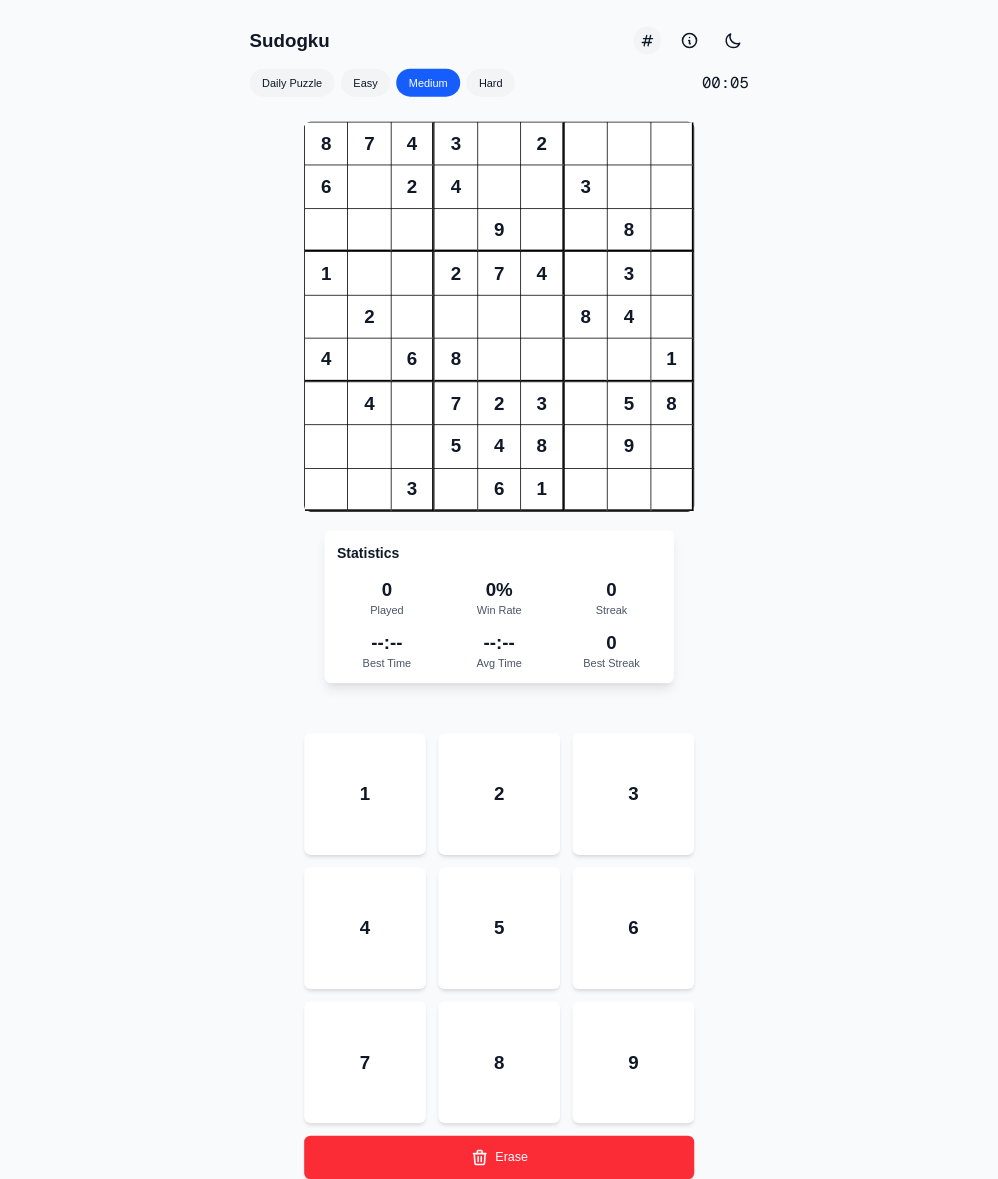
Repository: JavierSilvaF/sudogku
Page: / (app in sudogku-app/)
These files come from the project's save history. The page is drawn as it stood at one moment and after the next save; the edit follows.
The browser window is 1280 px wide. The pictures show the whole page, at 78% of full size.
The project was rebuilt for these pictures with package versions that can differ from the ones it lists, and the page was loaded fresh each time. The framework's server and built-in components were replaced by stand-ins that run in the browser. Also part of the build but not shown: sudogku-app/next.config.mjs, sudogku-app/next.config.ts, sudogku-app/src/utils/dogImages.tsx.

Above is the page before, as saved 2025-04-06 03:03:59.

### sudogku-app/src/app/page.tsx
'use client'

import { ThemeProvider } from 'next-themes'
import { GameProvider } from '@/context/GameContext'
import Header from '@/components/Header'
import GameBoard from '@/components/GameBoard'
import NumberPad from '@/components/NumberPad'
import Victory from '@/components/Victory'
import Stats from '@/components/Stats'

export default function Home() {
  return (
    <ThemeProvider attribute='class'>
      <GameProvider>
        <div className='min-h-screen bg-gray-50 dark:bg-gray-900 text-gray-900 dark:text-gray-50'>
          <div className='max-w-2xl mx-auto px-4 py-8 pb-32 sm:pb-8'>
            <Header />
            <main className='flex flex-col items-center gap-6'>
              <GameBoard />
              <Stats />
            </main>
          </div>
          <NumberPad />
          <Victory />
        </div>
      </GameProvider>
    </ThemeProvider>
  )
}

### sudogku-app/src/components/Header.tsx
import { useState } from 'react'
import { useTheme } from 'next-themes'
import { useGame } from '@/context/GameContext'
import { motion } from 'framer-motion'

export default function Header() {
  const { setTheme, theme } = useTheme()
  const {
    gameMode,
    setGameMode,
    timer,
    isDailyPuzzle,
    displayMode,
    toggleDisplayMode,
  } = useGame()
  const [showRules, setShowRules] = useState(false)

  const formatTime = (seconds: number) => {
    const mins = Math.floor(seconds / 60)
    const secs = seconds % 60
    return `${mins.toString().padStart(2, '0')}:${secs
      .toString()
      .padStart(2, '0')}`
  }

  return (
    <header className='w-full mb-8'>
      <div className='flex items-center justify-between mb-4'>
        <h1 className='text-2xl font-bold'>Sudogku</h1>
        <div className='flex items-center gap-4'>
          <motion.button
            whileTap={{ scale: 0.95 }}
            className={`p-2 rounded-full flex items-center justify-center
              ${
                displayMode === 'dogs'
                  ? 'bg-blue-600 text-white'
                  : 'bg-gray-100 dark:bg-gray-800'
              }`}
            onClick={toggleDisplayMode}
            aria-label='Toggle display mode'
          >
            {displayMode === 'dogs' ? (
              <svg
                className='w-5 h-5'
                fill='none'
                stroke='currentColor'
                viewBox='0 0 24 24'
              >
                <path
                  strokeLinecap='round'
                  strokeLinejoin='round'
                  strokeWidth={2}
                  d='M4 16l4.586-4.586a2 2 0 012.828 0L16 16m-2-2l1.586-1.586a2 2 0 012.828 0L20 14m-6-6h.01M6 20h12a2 2 0 002-2V6a2 2 0 00-2-2H6a2 2 0 00-2 2v12a2 2 0 002 2z'
                />
              </svg>
            ) : (
              <svg
                className='w-5 h-5'
                fill='none'
                stroke='currentColor'
                viewBox='0 0 24 24'
              >
                <path
                  strokeLinecap='round'
                  strokeLinejoin='round'
                  strokeWidth={2}
                  d='M7 20l4-16m2 16l4-16M6 9h14M4 15h14'
                />
              </svg>
            )}
          </motion.button>
          <button
            onClick={() => setShowRules(!showRules)}
            className='p-2 hover:bg-gray-100 dark:hover:bg-gray-800 rounded-full'
            aria-label='Show rules'
          >
            <svg
              className='w-6 h-6'
              fill='none'
              stroke='currentColor'
              viewBox='0 0 24 24'
            >
              <path
                strokeLinecap='round'
                strokeLinejoin='round'
                strokeWidth={2}
                d='M13 16h-1v-4h-1m1-4h.01M21 12a9 9 0 11-18 0 9 9 0 0118 0z'
              />
            </svg>
          </button>
          <button
            onClick={() => setTheme(theme === 'dark' ? 'light' : 'dark')}
            className='p-2 hover:bg-gray-100 dark:hover:bg-gray-800 rounded-full'
            aria-label='Toggle theme'
          >
            {theme === 'dark' ? (
              <svg
                className='w-6 h-6'
                fill='none'
                stroke='currentColor'
                viewBox='0 0 24 24'
              >
                <path
                  strokeLinecap='round'
                  strokeLinejoin='round'
                  strokeWidth={2}
                  d='M12 3v1m0 16v1m9-9h-1M4 12H3m15.364 6.364l-.707-.707M6.343 6.343l-.707-.707m12.728 0l-.707.707M6.343 17.657l-.707.707M16 12a4 4 0 11-8 0 4 4 0 018 0z'
                />
              </svg>
            ) : (
              <svg
                className='w-6 h-6'
                fill='none'
                stroke='currentColor'
                viewBox='0 0 24 24'
              >
                <path
                  strokeLinecap='round'
                  strokeLinejoin='round'
                  strokeWidth={2}
                  d='M20.354 15.354A9 9 0 018.646 3.646 9.003 9.003 0 0012 21a9.003 9.003 0 008.354-5.646z'
                />
              </svg>
            )}
          </button>
        </div>
      </div>

      <div className='flex flex-col gap-4 sm:flex-row sm:items-center sm:justify-between mb-4'>
        <div className='flex gap-2'>
          <motion.button
            whileTap={{ scale: 0.95 }}
            className={`px-4 py-2 rounded-full text-sm font-medium
              ${
                isDailyPuzzle
                  ? 'bg-blue-600 text-white'
                  : 'bg-gray-100 dark:bg-gray-800'
              }`}
            onClick={() => {}}
          >
            Daily Puzzle
          </motion.button>
          {!isDailyPuzzle && (
            <div className='flex gap-2'>
              {(['easy', 'medium', 'hard'] as const).map((mode) => (
                <motion.button
                  key={mode}
                  whileTap={{ scale: 0.95 }}
                  className={`px-4 py-2 rounded-full text-sm font-medium capitalize
                    ${
                      gameMode === mode
                        ? 'bg-blue-600 text-white'
                        : 'bg-gray-100 dark:bg-gray-800'
                    }`}
                  onClick={() => setGameMode(mode)}
                >
                  {mode}
                </motion.button>
              ))}
            </div>
          )}
        </div>
        <div className='text-xl font-mono'>{formatTime(timer)}</div>
      </div>

      {showRules && (
        <motion.div
          initial={{ opacity: 0, y: -20 }}
          animate={{ opacity: 1, y: 0 }}
          className='bg-white dark:bg-gray-800 p-4 rounded-lg shadow-lg mb-4'
        >
          <h2 className='font-bold mb-2'>How to Play</h2>
          <ul className='text-sm space-y-2'>
            <li>
              • Fill in the grid so that every row, column, and 3x3 box contains
              the numbers 1-9
            </li>
            <li>• Use pencil marks to keep track of possible numbers</li>
            <li>• A new puzzle is available every day</li>
          </ul>
        </motion.div>
      )}
    </header>
  )
}

### sudogku-app/src/components/NumberPad.tsx
import { motion } from 'framer-motion'
import { useGame } from '@/context/GameContext'
import { DogImage } from '@/utils/dogImages'

export default function NumberPad() {
  const {
    selectedCell,
    setCellValue,
    togglePencilMark,
    isPencilMode,
    displayMode,
  } = useGame()

  const handleNumberClick = (number: number) => {
    if (!selectedCell) return

    if (isPencilMode) {
      togglePencilMark(selectedCell[0], selectedCell[1], number)
    } else {
      setCellValue(selectedCell[0], selectedCell[1], number)
    }
  }

  const handleErase = () => {
    if (!selectedCell) return
    setCellValue(selectedCell[0], selectedCell[1], null)
  }

  return (
    <div className='w-full max-w-[500px] mx-auto mt-8'>
      <div className='grid grid-cols-3 gap-4'>
        {[1, 2, 3, 4, 5, 6, 7, 8, 9].map((number) => (
          <motion.button
            key={number}
            className='aspect-square w-full flex items-center justify-center bg-white dark:bg-gray-800 rounded-lg shadow-md'
            onClick={() => handleNumberClick(number)}
            whileTap={{ scale: 0.95 }}
          >
            {displayMode === 'dogs' ? (
              <div className='w-full h-full flex items-center justify-center'>
                <DogImage number={number} />
              </div>
            ) : (
              <span className='text-2xl font-bold'>{number}</span>
            )}
          </motion.button>
        ))}
      </div>
      <motion.button
        className='w-full mt-4 p-4 bg-red-500 text-white rounded-lg shadow-md flex items-center justify-center gap-2'
        onClick={handleErase}
        whileTap={{ scale: 0.95 }}
      >
        <svg
          className='w-6 h-6'
          fill='none'
          stroke='currentColor'
          viewBox='0 0 24 24'
        >
          <path
            strokeLinecap='round'
            strokeLinejoin='round'
            strokeWidth={2}
            d='M19 7l-.867 12.142A2 2 0 0116.138 21H7.862a2 2 0 01-1.995-1.858L5 7m5 4v6m4-6v6m1-10V4a1 1 0 00-1-1h-4a1 1 0 00-1 1v3M4 7h16'
          />
        </svg>
        <span>Erase</span>
      </motion.button>
    </div>
  )
}

### sudogku-app/src/components/Victory.tsx
import { motion, AnimatePresence } from 'framer-motion'
import { useGame } from '@/context/GameContext'

export default function Victory() {
  const { isComplete, timer, isDailyPuzzle } = useGame()

  const formatTime = (seconds: number) => {
    const mins = Math.floor(seconds / 60)
    const secs = seconds % 60
    return `${mins}:${secs.toString().padStart(2, '0')}`
  }

  return (
    <AnimatePresence>
      {isComplete && (
        <motion.div
          initial={{ opacity: 0, scale: 0.8 }}
          animate={{ opacity: 1, scale: 1 }}
          exit={{ opacity: 0, scale: 0.8 }}
          className='fixed inset-0 flex items-center justify-center bg-black/50 z-50 p-4'
        >
          <motion.div
            initial={{ y: 20 }}
            animate={{ y: 0 }}
            className='bg-white dark:bg-gray-800 rounded-lg p-6 max-w-sm w-full shadow-xl'
          >
            <h2 className='text-2xl font-bold mb-4 text-center'>
              🎉 Puzzle Complete! 🎉
            </h2>
            <div className='space-y-4'>
              <p className='text-center'>
                Time: <span className='font-mono'>{formatTime(timer)}</span>
              </p>
              {isDailyPuzzle && (
                <div className='text-center text-sm'>
                  Come back tomorrow for a new daily puzzle!
                </div>
              )}
              <motion.button
                whileHover={{ scale: 1.05 }}
                whileTap={{ scale: 0.95 }}
                className='w-full py-2 px-4 bg-blue-600 text-white rounded-full font-medium'
                onClick={() => window.location.reload()}
              >
                Play Again
              </motion.button>
            </div>
          </motion.div>
        </motion.div>
      )}
    </AnimatePresence>
  )
}

### sudogku-app/src/components/Stats.tsx
import { useState, useEffect } from 'react'
import { motion } from 'framer-motion'

interface Statistics {
  gamesPlayed: number
  gamesWon: number
  currentStreak: number
  bestStreak: number
  averageTime: number
  bestTime: number
}

export default function Stats() {
  const [stats, setStats] = useState<Statistics>({
    gamesPlayed: 0,
    gamesWon: 0,
    currentStreak: 0,
    bestStreak: 0,
    averageTime: 0,
    bestTime: 0,
  })

  useEffect(() => {
    // Load stats from localStorage
    const savedStats = localStorage.getItem('sudogku-stats')
    if (savedStats) {
      setStats(JSON.parse(savedStats))
    }
  }, [])

  const formatTime = (seconds: number) => {
    if (seconds === 0) return '--:--'
    const mins = Math.floor(seconds / 60)
    const secs = seconds % 60
    return `${mins.toString().padStart(2, '0')}:${secs
      .toString()
      .padStart(2, '0')}`
  }

  return (
    <motion.div
      initial={{ opacity: 0 }}
      animate={{ opacity: 1 }}
      className='w-full max-w-md bg-white dark:bg-gray-800 rounded-lg p-4 shadow-lg'
    >
      <h2 className='text-lg font-bold mb-4'>Statistics</h2>
      <div className='grid grid-cols-2 sm:grid-cols-3 gap-4'>
        <div className='text-center'>
          <div className='text-2xl font-bold'>{stats.gamesPlayed}</div>
          <div className='text-sm text-gray-600 dark:text-gray-400'>Played</div>
        </div>
        <div className='text-center'>
          <div className='text-2xl font-bold'>
            {stats.gamesPlayed
              ? Math.round((stats.gamesWon / stats.gamesPlayed) * 100)
              : 0}
            %
          </div>
          <div className='text-sm text-gray-600 dark:text-gray-400'>
            Win Rate
          </div>
        </div>
        <div className='text-center'>
          <div className='text-2xl font-bold'>{stats.currentStreak}</div>
          <div className='text-sm text-gray-600 dark:text-gray-400'>Streak</div>
        </div>
        <div className='text-center'>
          <div className='text-2xl font-bold'>{formatTime(stats.bestTime)}</div>
          <div className='text-sm text-gray-600 dark:text-gray-400'>
            Best Time
          </div>
        </div>
        <div className='text-center'>
          <div className='text-2xl font-bold'>
            {formatTime(stats.averageTime)}
          </div>
          <div className='text-sm text-gray-600 dark:text-gray-400'>
            Avg Time
          </div>
        </div>
        <div className='text-center'>
          <div className='text-2xl font-bold'>{stats.bestStreak}</div>
          <div className='text-sm text-gray-600 dark:text-gray-400'>
            Best Streak
          </div>
        </div>
      </div>
    </motion.div>
  )
}

### sudogku-app/src/utils/sudoku.ts
export type Grid = (number | null)[][];

export class SudokuGenerator {
  private grid: Grid = Array(9).fill(null).map(() => Array(9).fill(null));

  private isValid(row: number, col: number, num: number): boolean {
    // Check row
    for (let x = 0; x < 9; x++) {
      if (this.grid[row][x] === num) return false;
    }

    // Check column
    for (let x = 0; x < 9; x++) {
      if (this.grid[x][col] === num) return false;
    }

    // Check 3x3 box
    const boxRow = Math.floor(row / 3) * 3;
    const boxCol = Math.floor(col / 3) * 3;
    for (let i = 0; i < 3; i++) {
      for (let j = 0; j < 3; j++) {
        if (this.grid[boxRow + i][boxCol + j] === num) return false;
      }
    }

    return true;
  }

  private fillDiagonal(): void {
    for (let i = 0; i < 9; i += 3) {
      this.fillBox(i, i);
    }
  }

  private fillBox(row: number, col: number): void {
    let num;
    for (let i = 0; i < 3; i++) {
      for (let j = 0; j < 3; j++) {
        do {
          num = Math.floor(Math.random() * 9) + 1;
        } while (!this.isValid(row + i, col + j, num));
        this.grid[row + i][col + j] = num;
      }
    }
  }

  private fillRemaining(row: number, col: number): boolean {
    if (col >= 9 && row < 8) {
      row++;
      col = 0;
    }
    if (row >= 9 && col >= 9) return true;
    if (row < 3) {
      if (col < 3) col = 3;
    } else if (row < 6) {
      if (col === Math.floor(row / 3) * 3) col += 3;
    } else {
      if (col === 6) {
        row++;
        col = 0;
        if (row >= 9) return true;
      }
    }

    for (let num = 1; num <= 9; num++) {
      if (this.isValid(row, col, num)) {
        this.grid[row][col] = num;
        if (this.fillRemaining(row, col + 1)) return true;
        this.grid[row][col] = null;
      }
    }
    return false;
  }

  private removeDigits(difficulty: 'easy' | 'medium' | 'hard'): void {
    const removeCount = {
      easy: 30,
      medium: 45,
      hard: 55
    }[difficulty];

    let count = removeCount;
    while (count > 0) {
      const row = Math.floor(Math.random() * 9);
      const col = Math.floor(Math.random() * 9);
      if (this.grid[row][col] !== null) {
        this.grid[row][col] = null;
        count--;
      }
    }
  }

  generate(difficulty: 'easy' | 'medium' | 'hard'): { puzzle: Grid, solution: Grid } {
    this.grid = Array(9).fill(null).map(() => Array(9).fill(null));
    this.fillDiagonal();
    this.fillRemaining(0, 3);
    const solution = this.grid.map(row => [...row]);
    this.removeDigits(difficulty);
    return {
      puzzle: this.grid.map(row => [...row]),
      solution
    };
  }
}

export class SudokuSolver {
  static isValidMove(grid: Grid, row: number, col: number, num: number): boolean {
    // Check row
    for (let x = 0; x < 9; x++) {
      if (grid[row][x] === num) return false;
    }

    // Check column
    for (let x = 0; x < 9; x++) {
      if (grid[x][col] === num) return false;
    }

    // Check 3x3 box
    const boxRow = Math.floor(row / 3) * 3;
    const boxCol = Math.floor(col / 3) * 3;
    for (let i = 0; i < 3; i++) {
      for (let j = 0; j < 3; j++) {
        if (grid[boxRow + i][boxCol + j] === num) return false;
      }
    }

    return true;
  }

  static isSolved(grid: Grid): boolean {
    for (let row = 0; row < 9; row++) {
      for (let col = 0; col < 9; col++) {
        if (grid[row][col] === null) return false;
      }
    }
    return true;
  }
}

### sudogku-app/src/utils/dailyPuzzle.ts
import { SudokuGenerator, Grid } from './sudoku';
import seedrandom from 'seedrandom';

export function getDailyPuzzleSeed() {
  const now = new Date();
  const year = now.getUTCFullYear();
  const month = now.getUTCMonth();
  const day = now.getUTCDate();
  return `${year}-${month}-${day}`;
}

export function generateDailyPuzzle(): { puzzle: Grid, solution: Grid } {
  const seed = getDailyPuzzleSeed();
  const generator = new SudokuGenerator();

  // Use the seed to generate a deterministic puzzle
  const seedNumber = Array.from(seed).reduce((acc, char) => acc + char.charCodeAt(0), 0);
  seedrandom(seedNumber.toString());

  return generator.generate('medium');
}

Loaded but not shown: sudogku-app/src/app/layout.tsx (common file); sudogku-app/src/app/globals.css (common file); sudogku-app/src/context/GameContext.tsx (307 lines, source omitted); sudogku-app/src/components/GameBoard.tsx (203 lines, source omitted)

After the next save:
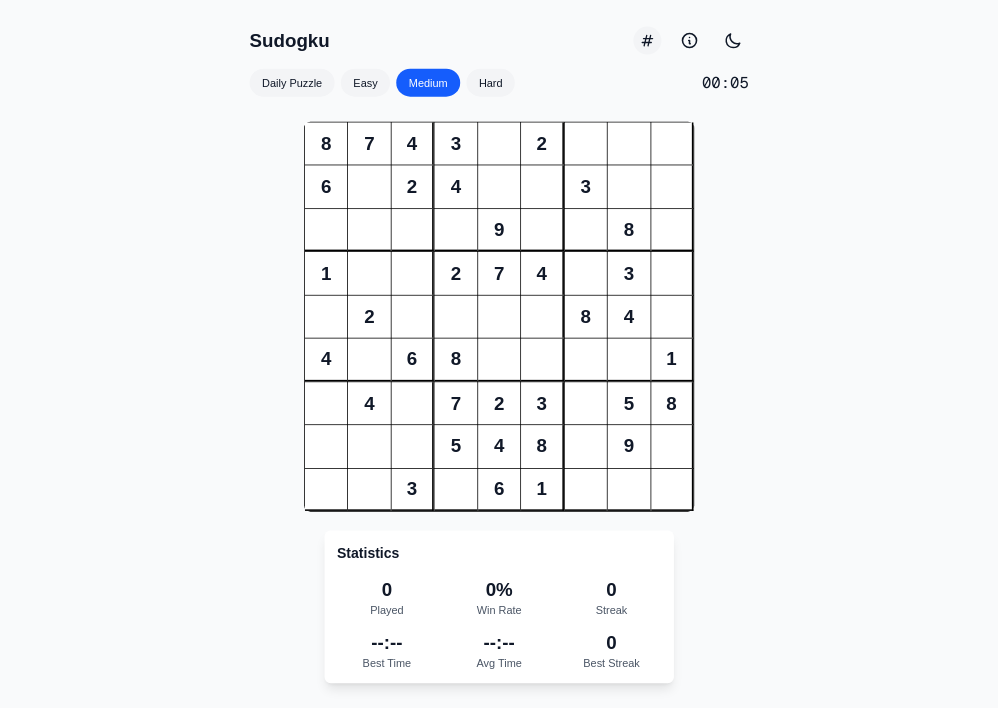
Saved 72 s later.
--- a/sudogku-app/src/components/NumberPad.tsx
+++ b/sudogku-app/src/components/NumberPad.tsx
@@ -27,45 +27,74 @@ export default function NumberPad() {
   }
 
   return (
-    <div className='w-full max-w-[500px] mx-auto mt-8'>
-      <div className='grid grid-cols-3 gap-4'>
-        {[1, 2, 3, 4, 5, 6, 7, 8, 9].map((number) => (
+    <div className='fixed bottom-0 left-0 right-0 bg-white dark:bg-gray-800 p-4 shadow-lg sm:hidden'>
+      <div className='max-w-md mx-auto'>
+        <div className='grid grid-cols-5 gap-2 mb-4'>
+          {[1, 2, 3, 4, 5, 6, 7, 8, 9].map((number) => (
+            <motion.button
+              key={number}
+              className='aspect-square w-full flex items-center justify-center bg-gray-100 dark:bg-gray-700 rounded-lg'
+              onClick={() => handleNumberClick(number)}
+              whileTap={{ scale: 0.95 }}
+            >
+              {displayMode === 'dogs' ? (
+                <div className='w-full h-full flex items-center justify-center'>
+                  <DogImage number={number} />
+                </div>
+              ) : (
+                <span className='text-xl font-bold'>{number}</span>
+              )}
+            </motion.button>
+          ))}
+        </div>
+
+        <div className='flex justify-center gap-2'>
           <motion.button
-            key={number}
-            className='aspect-square w-full flex items-center justify-center bg-white dark:bg-gray-800 rounded-lg shadow-md'
-            onClick={() => handleNumberClick(number)}
+            className={`px-4 py-2 rounded-lg flex items-center gap-2 ${
+              isPencilMode
+                ? 'bg-blue-600 text-white'
+                : 'bg-gray-100 dark:bg-gray-700'
+            }`}
+            onClick={() => {}}
             whileTap={{ scale: 0.95 }}
           >
-            {displayMode === 'dogs' ? (
-              <div className='w-full h-full flex items-center justify-center'>
-                <DogImage number={number} />
-              </div>
-            ) : (
-              <span className='text-2xl font-bold'>{number}</span>
-            )}
+            <svg
+              className='w-5 h-5'
+              fill='none'
+              stroke='currentColor'
+              viewBox='0 0 24 24'
+            >
+              <path
+                strokeLinecap='round'
+                strokeLinejoin='round'
+                strokeWidth={2}
+                d='M15.232 5.232l3.536 3.536m-2.036-5.036a2.5 2.5 0 113.536 3.536L6.5 21.036H3v-3.572L16.732 3.732z'
+              />
+            </svg>
+            Pencil
           </motion.button>
-        ))}
+          <motion.button
+            className='px-4 py-2 rounded-lg bg-red-500 text-white font-medium flex items-center gap-2'
+            onClick={handleErase}
+            whileTap={{ scale: 0.95 }}
+          >
+            <svg
+              className='w-5 h-5'
+              fill='none'
+              stroke='currentColor'
+              viewBox='0 0 24 24'
+            >
+              <path
+                strokeLinecap='round'
+                strokeLinejoin='round'
+                strokeWidth={2}
+                d='M19 7l-.867 12.142A2 2 0 0116.138 21H7.862a2 2 0 01-1.995-1.858L5 7m5 4v6m4-6v6m1-10V4a1 1 0 00-1-1h-4a1 1 0 00-1 1v3M4 7h16'
+              />
+            </svg>
+            Erase
+          </motion.button>
+        </div>
       </div>
-      <motion.button
-        className='w-full mt-4 p-4 bg-red-500 text-white rounded-lg shadow-md flex items-center justify-center gap-2'
-        onClick={handleErase}
-        whileTap={{ scale: 0.95 }}
-      >
-        <svg
-          className='w-6 h-6'
-          fill='none'
-          stroke='currentColor'
-          viewBox='0 0 24 24'
-        >
-          <path
-            strokeLinecap='round'
-            strokeLinejoin='round'
-            strokeWidth={2}
-            d='M19 7l-.867 12.142A2 2 0 0116.138 21H7.862a2 2 0 01-1.995-1.858L5 7m5 4v6m4-6v6m1-10V4a1 1 0 00-1-1h-4a1 1 0 00-1 1v3M4 7h16'
-          />
-        </svg>
-        <span>Erase</span>
-      </motion.button>
     </div>
   )
 }
